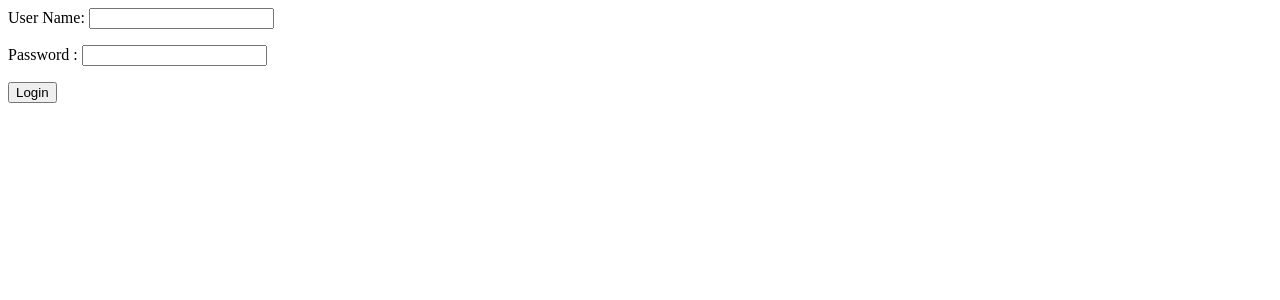
Repository: SHRIVP/cognizance
Page: cognizanceQAndA/cognizance/src/main/webapp/index.html
The author's editor kept a copy of each file at every save. The page is drawn from the files as they stood at one save, then again after the next save.
The browser window is 1280 px wide. The pictures show the whole page.

Above is the page before, as saved 2018-03-22 02:43:26.

### cognizanceQAndA/cognizance/src/main/webapp/index.html
<html>
<head><title>test</title></head>
<body>
    <form action="myurl" method="POST" name="myForm">
        <p><label for="user_name">User Name:</label>
        <input type="text" name="user_name" id="username"></p>

        <p><label for="password">Password :</label>
        <input type="password" name="password" id="password"></p>

        <input value="Login" type="submit" onclick="submitform()">
    </form>
</body>
</html>

After the next save:
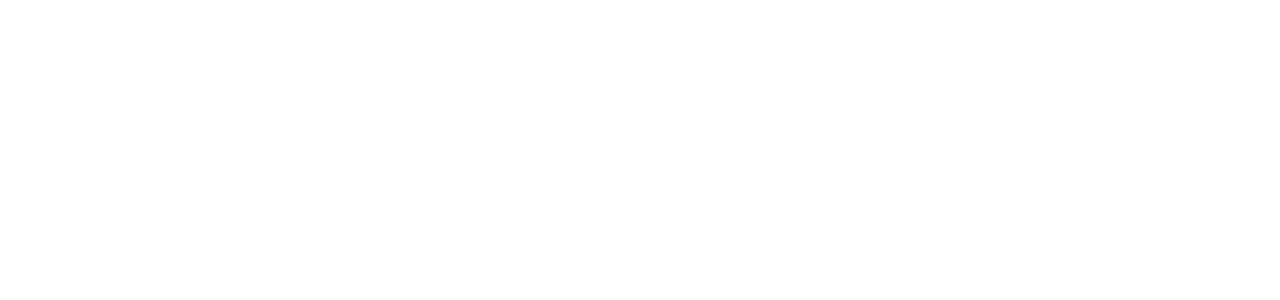
Saved 36 s later.
--- a/cognizanceQAndA/cognizance/src/main/webapp/index.html
+++ b/cognizanceQAndA/cognizance/src/main/webapp/index.html
@@ -1,5 +1,18 @@
 <html>
-<head><title>test</title></head>
+<head>
+<title>test</title>
+</head>
+<script type="text/javascript">
+    function submitform(){
+        alert("Sending Json");
+        var xhr = new XMLHttpRequest();
+        xhr.open(form.method, form.action, true);
+        xhr.setRequestHeader('Content-Type', 'application/json; charset=UTF-8');
+        var j = {
+            "first_name":"binchen",
+            "last_name":"heris",
+        };
+        xhr.send(JSON.stringify(j));
 <body>
     <form action="myurl" method="POST" name="myForm">
         <p><label for="user_name">User Name:</label>

After the 4 saves that followed:
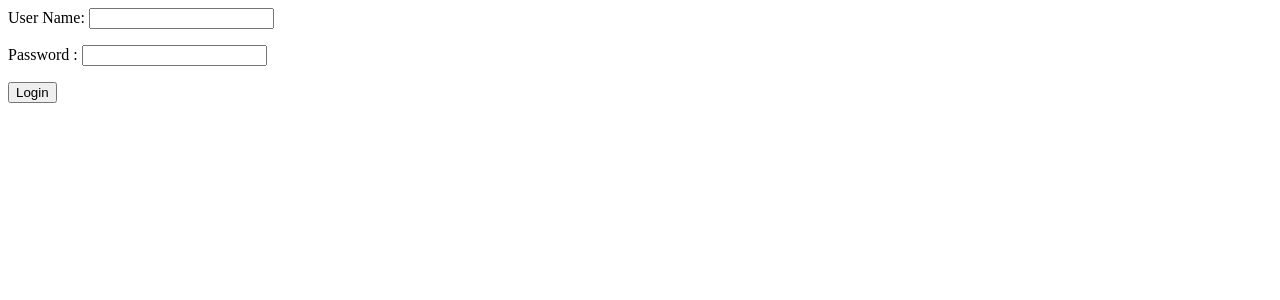
Console error: SyntaxError: Unexpected end of input
The 4 saves are shown as one change because 2 left the picture as it was and some came seconds apart.
The last was saved 2 min 29 s later.
--- a/cognizanceQAndA/cognizance/src/main/webapp/index.html
+++ b/cognizanceQAndA/cognizance/src/main/webapp/index.html
@@ -4,24 +4,29 @@
 </head>
 <script type="text/javascript">
     function submitform(){
-        alert("Sending Json");
-        var xhr = new XMLHttpRequest();
-        xhr.open(form.method, form.action, true);
-        xhr.setRequestHeader('Content-Type', 'application/json; charset=UTF-8');
-        var j = {
-            "first_name":"binchen",
-            "last_name":"heris",
-        };
-        xhr.send(JSON.stringify(j));
+    	var formData = JSON.stringify($("#myForm").serializeArray());
+    	$.ajax({
+    		  type: "POST",
+    		  url: "http://localhost:8080/cognizance/login",
+    		  data: formData,
+    		  success: function(){},
+    		  dataType: "json",
+    		  contentType : "application/json"
+    		});
+   </script>
 <body>
-    <form action="myurl" method="POST" name="myForm">
-        <p><label for="user_name">User Name:</label>
-        <input type="text" name="user_name" id="username"></p>
+	<form action="myurl" method="POST" name="myForm">
+		<p>
+			<label for="user_name">User Name:</label> <input type="text"
+				name="user_name" id="username">
+		</p>
 
-        <p><label for="password">Password :</label>
-        <input type="password" name="password" id="password"></p>
+		<p>
+			<label for="password">Password :</label> <input type="password"
+				name="password" id="password">
+		</p>
 
-        <input value="Login" type="submit" onclick="submitform()">
-    </form>
+		<input value="Login" type="submit" onclick="submitform()">
+	</form>
 </body>
 </html>
